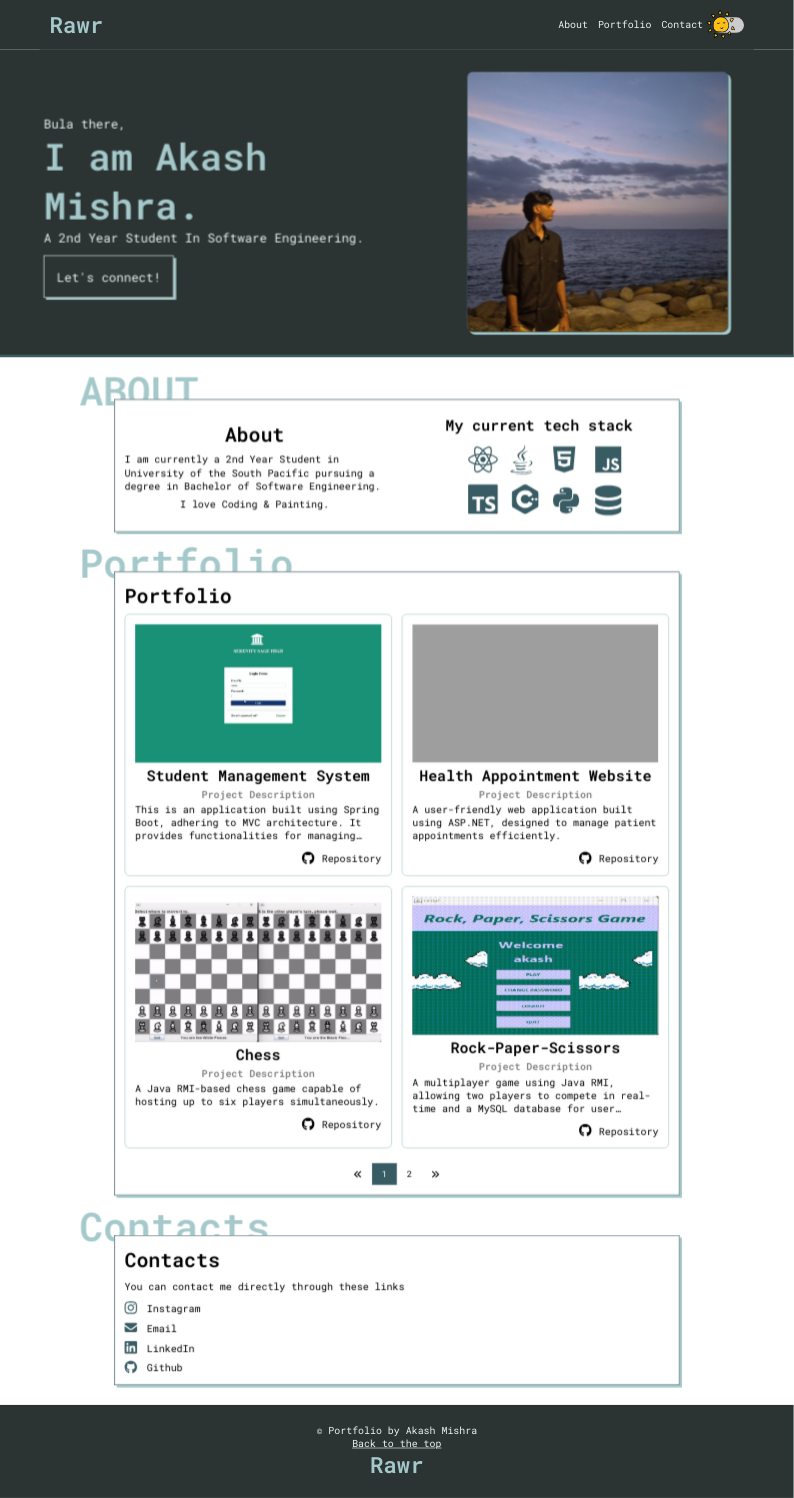
Repository: akashrawr/portfolio
Page: /
The author's editor kept a copy of each file at every save. The page is drawn from the files as they stood at one save, then again after the next save.
The browser window is 1280 px wide. The pictures show the whole page, at 62% of full size.
Pictures or frames that could not be fetched are drawn as grey boxes. The project was rebuilt for these pictures with package versions that can differ from the ones it lists, and the page was loaded fresh each time.

Above is the page before, as saved 2024-12-19 20:34:49.

After the next save:
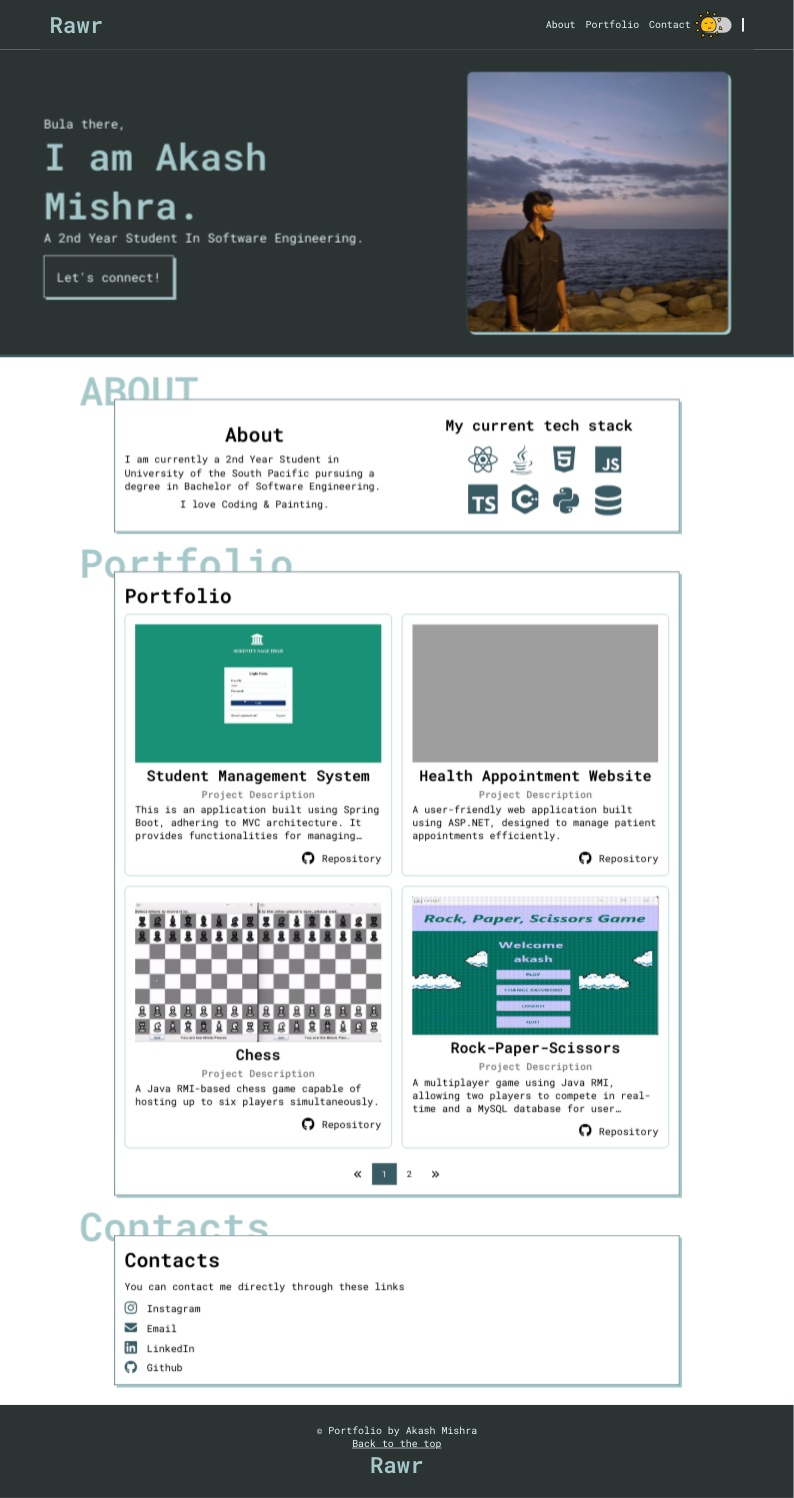
Saved 12 days later.
--- a/src/components/Header.js
+++ b/src/components/Header.js
@@ -32,6 +32,7 @@ function Header({ isNavVisible, toggleNav, darkMode, toggleDarkMode }) {
           <li>
             <a className="nav-link" href="#contact" onClick={toggleNav}>Contact</a>
           </li>
+
           <li>
             <label className="switch" aria-label="Toggle dark mode">
               <input
@@ -49,6 +50,27 @@ function Header({ isNavVisible, toggleNav, darkMode, toggleDarkMode }) {
               </span>
             </label>
           </li>
+          {/* User Login Button */}
+          <li>
+            <button className="user-login-button" aria-label="User Login">
+              <div>
+                <svg
+                  xmlns="http://www.w3.org/2000/svg"
+                  fill="none"
+                  viewBox="0 0 24 24"
+                  strokeWidth="1.5"
+                  stroke="currentColor"
+                  className="w-5 h-5"
+                >
+                  <path
+                    strokeLinecap="round"
+                    strokeLinejoin="round"
+                    d="M15.75 6.75a3 3 0 11-6 0 3 3 0 016 0zM4.5 18a8.25 8.25 0 0115 0"
+                  />
+                </svg>
+              </div>
+            </button>
+          </li>
         </ul>
       </nav>
     </header>
